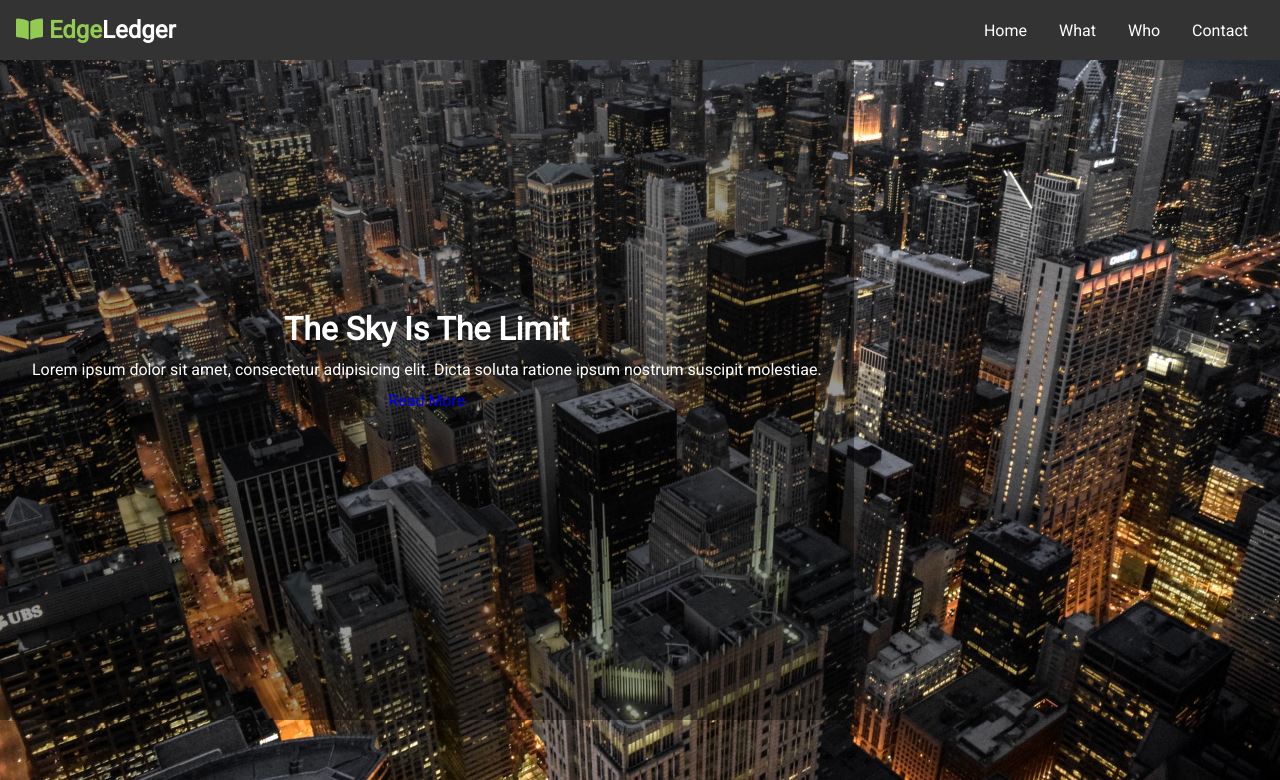
Repository: dimlutine/EdgeLedger
Page: index.html
These files come from the project's save history. The page is drawn as it stood at one moment and after the next save; the edit follows.
The browser window is 1280 px wide. The pictures show the whole page.
Some web libraries are served in a nearby version.

Above is the page before, as saved 2019-07-06 18:54:24.

### index.html
<!DOCTYPE html>
<html lang="en">

<head>
    <meta charset="UTF-8">
    <meta name="viewport" content="width=device-width, initial-scale=1.0">
    <meta http-equiv="X-UA-Compatible" content="ie=edge">
    <link rel="stylesheet" href="https://use.fontawesome.com/releases/v5.6.3/css/all.css" integrity="sha384-UHRtZLI+pbxtHCWp1t77Bi1L4ZtiqrqD80Kn4Z8NTSRyMA2Fd33n5dQ8lWUE00s/" crossorigin="anonymous">
    <link rel="stylesheet" media="screen and (max-width: 768px)" href="css/mobile.css">
    <link rel="stylesheet" media="screeb abd (min-width: 1100px)" href="css/widescreen.css">
    <link rel="stylesheet" href="css/style.css">
    <title>EdgeLedger Financial | Accounting & Investment</title>
</head>

<body id="home">
    <!-- Navbar -->
    <nav id="navbar">
        <h1 class="logo">
            <span class="text-primary"><i class="fas fa-book-open"></i> Edge</span>Ledger
        </h1>
        <ul>
            <li><a href="#home">Home</a></li>
            <li><a href="#what">What</a></li>
            <li><a href="#who">Who</a></li>
            <li><a href="#contacts">Contact</a></li>
        </ul>
    </nav>
    <!-- Header: Showcase -->
    <header id="showcase">
        <div class="showcase-content">
            <h1 class="l-heading">
                The Sky Is The Limit
            </h1>
            <p class="lead">Lorem ipsum dolor sit amet, consectetur adipisicing elit. Dicta soluta ratione ipsum nostrum suscipit molestiae.</p>
            <a href="#what" class="btn">Read More</a>
        </div>
    </header>
</body>

</html>

### css/style.css
@import url('https://fonts.googleapis.com/css?family=Roboto&display=swap');
* {
    margin: 0;
    padding: 0;
}

body {
    font-family: 'Roboto', sans-serif;
}

a {
    text-decoration: none;
}

p {
    margin: .75rem 0;
}


/* Utility Classes */

.text-primary {
    color: #93cb52;
}


/* Navbar */

#navbar {
    display: flex;
    position: sticky;
    top: 0;
    background: #333;
    color: #fff;
    justify-content: space-between;
    z-index: 1;
    padding: 1rem;
}

#navbar ul {
    display: flex;
    align-items: center;
    list-style: none;
}

#navbar ul li a {
    color: #fff;
    padding: 0.75rem;
    margin: 0 0.25rem;
}

#navbar ul li a:hover {
    background: #93cb52;
    border-radius: 5px;
}


/* Showcase */

#showcase {
    background: #333 url(../img/showcase.jpg) no-repeat center center/cover;
    height: 100vh;
    color: #fff;
}

#showcase .showcase-content {
    height: 100%;
    display: flex;
    flex-direction: column;
    justify-content: center;
    text-align: center;
    align-items: center;
    padding: 0 2rem;
    /* Overlay */
    position: absolute;
    top: 0;
    left: 0;
    background-color: rgba(0, 0, 0, .4);
}

Loaded but not shown: css/mobile.css (no stored copy; drawn as an empty file); css/widescreen.css (no stored copy; drawn as an empty file)

After the next save:
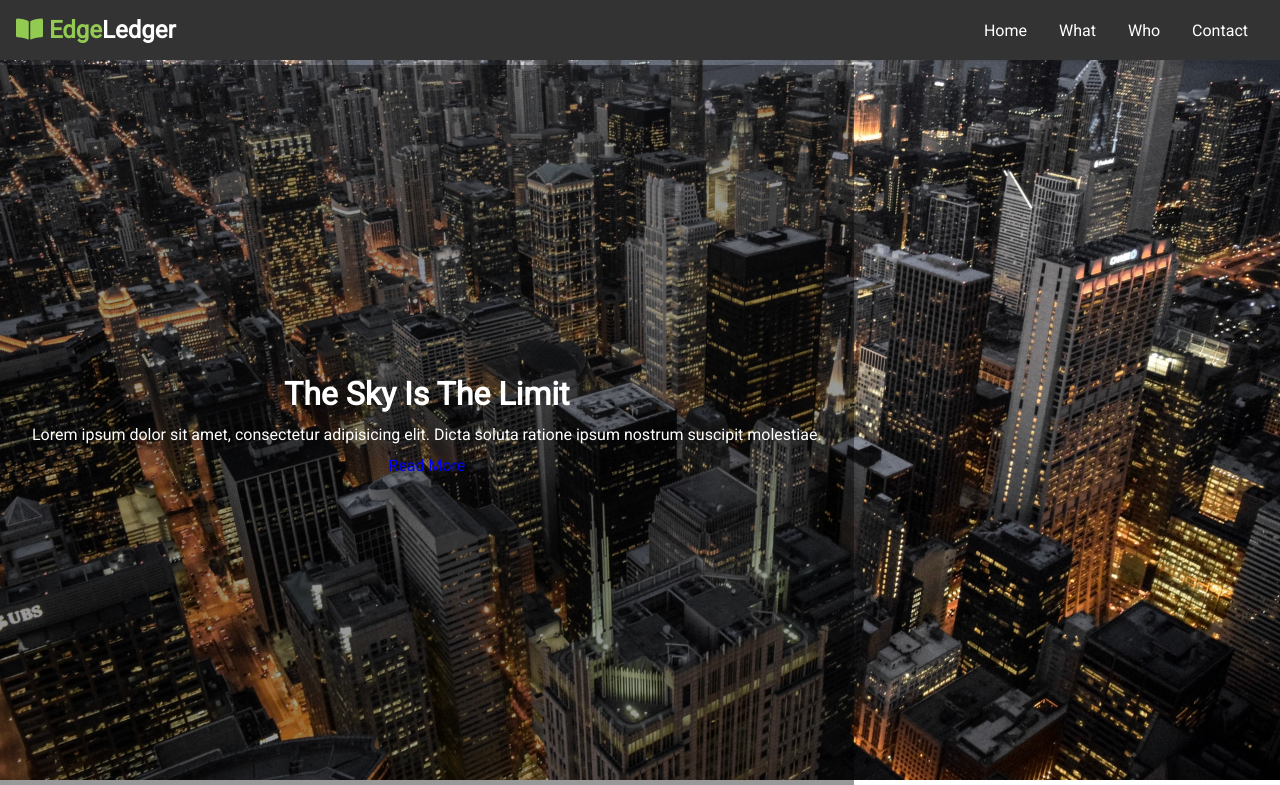
Saved 21 s later.
--- a/css/style.css
+++ b/css/style.css
@@ -73,7 +73,7 @@
     padding: 0 2rem;
     /* Overlay */
     position: absolute;
-    top: 0;
+    top: 65px;
     left: 0;
     background-color: rgba(0, 0, 0, .4);
 }
